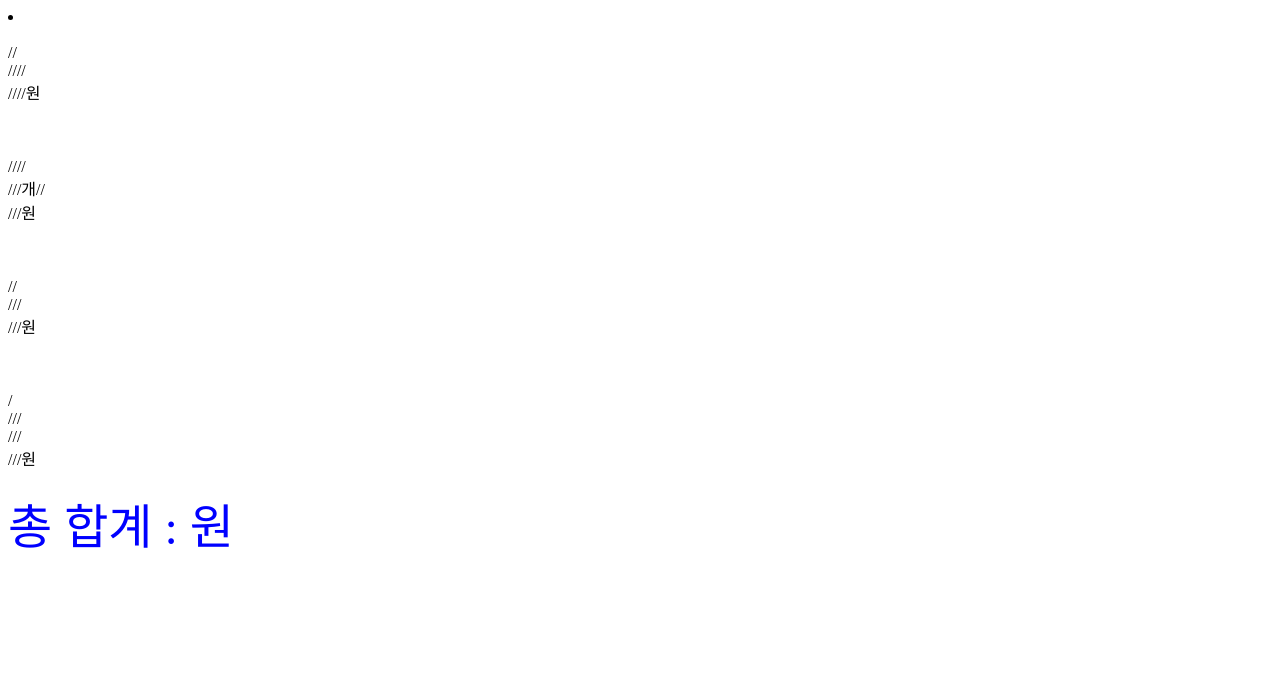
Repository: skywalker221-Minsoo/Java-project
Page: http://localhost/SecondProject/WEB-INF/views/random.jsp
An editor plug-in stored every save of this project. The page is shown before and after the next save, followed by the edit.
The browser window is 1280 px wide. The pictures show the whole page.
The page is served by Tomcat 9. Nobody is signed in. Other server files are loaded and not shown. The template is opened directly, without the code that normally fills it, so the values that code supplies are empty.

Above is the page before, as saved 2021-04-08 08:55:47.

### SecondProject/src/main/webapp/WEB-INF/views/random.jsp
<%@ page import="com.mega.project.CPUDAO"%>
<%@ page import="com.mega.project.CPUVO"%>
<%@ page import="com.mega.project.GraphicDAO"%>
<%@ page import="com.mega.project.GraphicVO"%>
<%@ page import="com.mega.project.MemoryDAO"%>
<%@ page import="com.mega.project.MemoryVO"%>
<%@ page import="com.mega.project.MainBoardDAO"%>
<%@ page import="com.mega.project.MainBoardVO"%>
<%@ page language="java" contentType="text/html; charset=UTF-8"
	pageEncoding="UTF-8"%>
<li id="ui-widget-recommand">
	<img src="${vo.img}"><br><br>
	${vo.subject}/${vo.company}/<br>
	${vo.indate}/${vo.sort}/${vo.socket}/${vo.generation}/<br>
	${vo.birth}/${vo.chipline}/${vo.pcie}/${vo.maxpcie}/${vo.fee}원<br><br>
	<img src="${vo4.img}"><br><br>
	${vo4.subject}/${vo4.company}/${vo4.indate}/${vo4.use}/<br>
	${vo4.classify}/${vo4.standard}/${vo4.capacity}/${vo4.pack}개/${vo4.clock}/<br>
	${vo4.ramtime}/${vo4.voltage}/${vo4.heatsink}/${vo4.fee}원<br><br>
	<img src="${vo3.img}"><br><br>
	${vo3.subject}/${vo3.company}/<br>
	${vo3.indate}/${vo3.socket}/${vo3.lineup}/<br>
	${vo3.chipset}/${vo3.factor}/${vo3.power}/${vo3.fee}원<br><br>
	<img src="${vo2.img}"><br><br>
	${vo2.subject}/<br>
	${vo2.company}/${vo2.indate}/${vo2.series}/<br>
	${vo2.chipline}/${vo2.chipset}/${vo2.base}/<br>
	${vo2.boost}/${vo2.cuda}/${vo2.itf}/${vo2.fee}원<br><br>
	<font size="20" color="blue">총 합계 : ${sum}원</font>
</li>

After the next save:
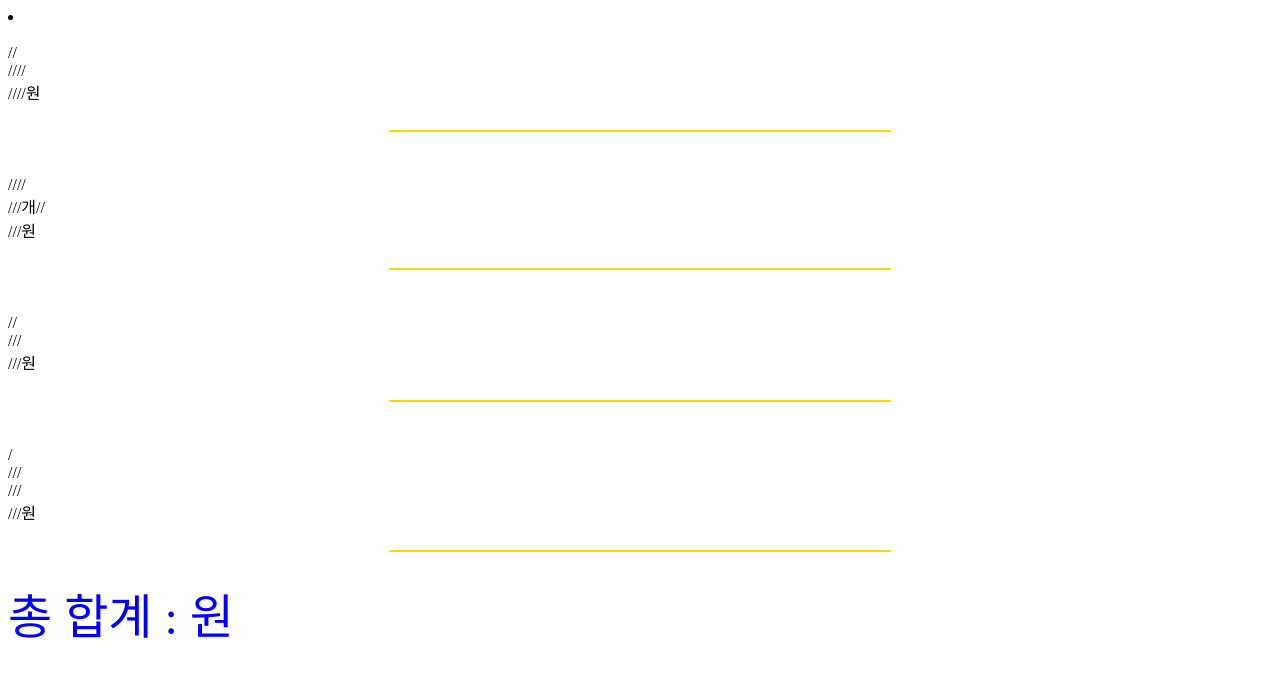
Saved 4 min 14 s later.
--- a/SecondProject/src/main/webapp/WEB-INF/views/random.jsp
+++ b/SecondProject/src/main/webapp/WEB-INF/views/random.jsp
@@ -13,18 +13,22 @@
 	${vo.subject}/${vo.company}/<br>
 	${vo.indate}/${vo.sort}/${vo.socket}/${vo.generation}/<br>
 	${vo.birth}/${vo.chipline}/${vo.pcie}/${vo.maxpcie}/${vo.fee}원<br><br>
+	<hr color="gold" width="500px"><br>
 	<img src="${vo4.img}"><br><br>
 	${vo4.subject}/${vo4.company}/${vo4.indate}/${vo4.use}/<br>
 	${vo4.classify}/${vo4.standard}/${vo4.capacity}/${vo4.pack}개/${vo4.clock}/<br>
 	${vo4.ramtime}/${vo4.voltage}/${vo4.heatsink}/${vo4.fee}원<br><br>
+	<hr color="gold" width="500px"><br>
 	<img src="${vo3.img}"><br><br>
 	${vo3.subject}/${vo3.company}/<br>
 	${vo3.indate}/${vo3.socket}/${vo3.lineup}/<br>
 	${vo3.chipset}/${vo3.factor}/${vo3.power}/${vo3.fee}원<br><br>
+	<hr color="gold" width="500px"><br>
 	<img src="${vo2.img}"><br><br>
 	${vo2.subject}/<br>
 	${vo2.company}/${vo2.indate}/${vo2.series}/<br>
 	${vo2.chipline}/${vo2.chipset}/${vo2.base}/<br>
 	${vo2.boost}/${vo2.cuda}/${vo2.itf}/${vo2.fee}원<br><br>
+	<hr color="gold" width="500px"><br>
 	<font size="20" color="blue">총 합계 : ${sum}원</font>
 </li>
